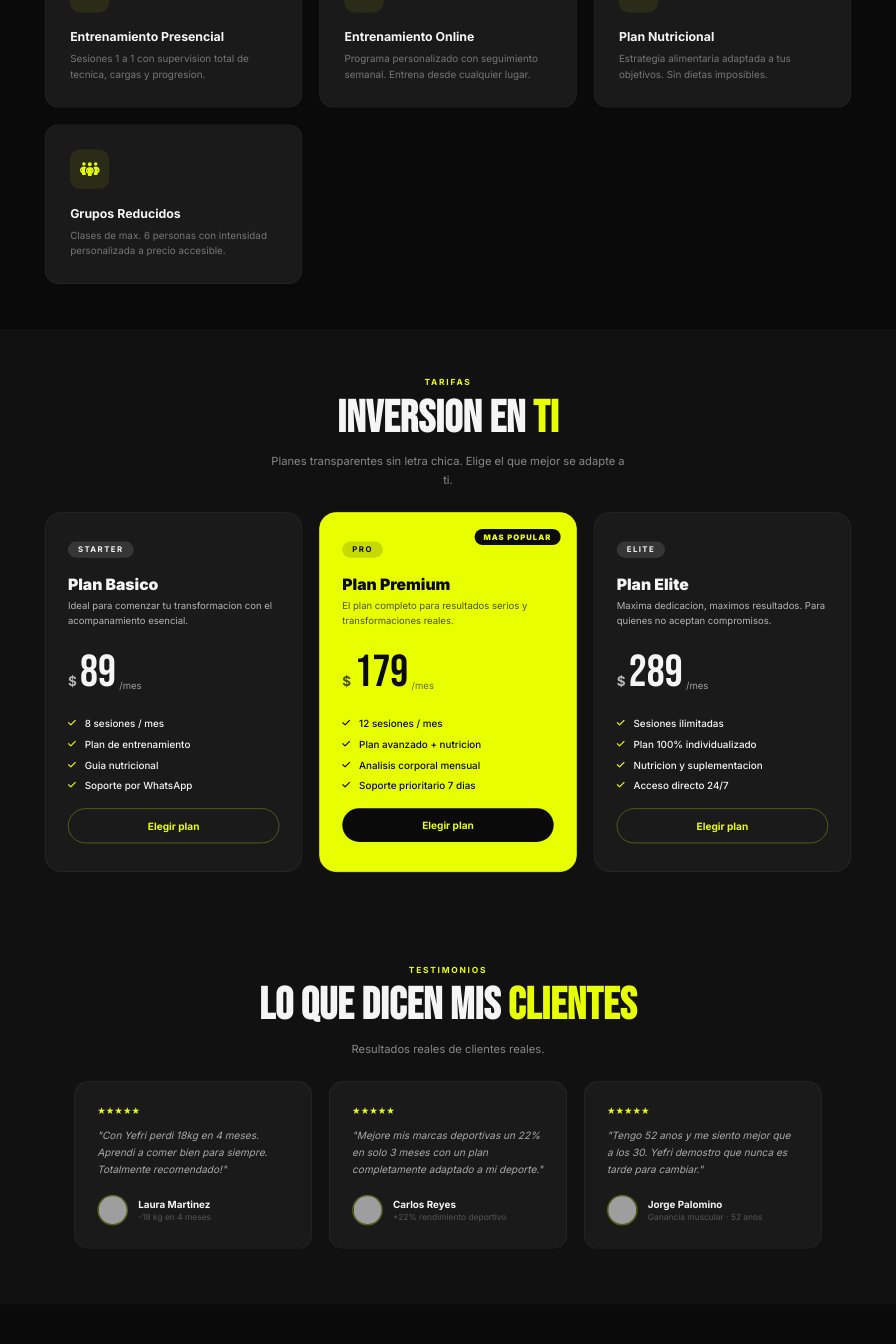
Repository: GravielPV/Yefri-Fit
Page: index.html
These files come from the project's save history. The page is drawn as it stood at one moment and after the next save; the edit follows.
The browser window is 1280 px wide. The pictures show the part of the page from y = 1874 to 3794 px (the page is 4619 px tall), at 70% of full size.
Pictures or frames that could not be fetched are drawn as grey boxes.

Above is the page before, as saved 2026-03-04 22:29:52.

### index.html
<!doctype html>
<html lang="es">
  <head>
    <meta charset="UTF-8" />
    <meta name="viewport" content="width=device-width, initial-scale=1.0" />
    <title>Elite Fit | Entrenador Personal</title>
    <!-- Fonts -->
    <link
      href="https://fonts.googleapis.com/css2?family=Bebas+Neue&family=Inter:wght@300;400;500;600;700;900&display=swap"
      rel="stylesheet"
    />
    <!-- Icons -->
    <link
      rel="stylesheet"
      href="https://cdnjs.cloudflare.com/ajax/libs/font-awesome/6.5.0/css/all.min.css"
    />
    <!-- Styles -->
    <link rel="stylesheet" href="styles.css" />
  </head>
  <body>
    <!-- NAVBAR -->
    <nav id="navbar">
      <a href="#hero" class="logo">ELITE<span>FIT</span></a>
      <ul class="nav-links" id="navLinks">
        <li><a href="#about">Sobre mi</a></li>
        <li><a href="#services">Servicios</a></li>
        <li><a href="#pricing">Tarifas</a></li>
        <li><a href="#testimonials">Testimonios</a></li>
        <li><a href="#contact">Contacto</a></li>
      </ul>
      <a href="#contact" class="nav-cta">Empezar ahora</a>
      <div class="hamburger" id="hamburger">
        <span></span><span></span><span></span>
      </div>
    </nav>

    <!-- HERO -->
    <section id="hero">
      <div class="hero-bg"></div>
      <div class="hero-overlay"></div>
      <div class="hero-content">
        <div class="hero-badge">
          <i class="fa-solid fa-bolt"></i>
          Entrenador Personal Certificado
        </div>
        <h1 class="hero-title">
          TRANSFORMA TU <span>CUERPO,</span><br />
          CAMBIA TU VIDA.
        </h1>
        <p class="hero-sub">
          Entrenamiento personalizado, nutricion y mentoria continua. Todo lo
          que necesitas para transformarte de verdad.
        </p>
        <div class="hero-btns">
          <a href="#pricing" class="btn-primary"
            ><i class="fa-solid fa-rocket"></i>Ver tarifas</a
          >
          <a href="#about" class="btn-outline"
            ><i class="fa-solid fa-play"></i>Conoce mas</a
          >
        </div>
      </div>
      <div class="hero-stats">
        <div class="stat-card">
          <div class="stat-num" data-count="500">
            500<span class="suffix">+</span>
          </div>
          <div class="stat-lbl">Clientes<br />transformados</div>
        </div>
        <div class="stat-card">
          <div class="stat-num" data-count="5">5</div>
          <div class="stat-lbl">Anos de<br />experiencia</div>
        </div>
        <div class="stat-card">
          <div class="stat-num" data-count="98">
            98<span class="suffix">%</span>
          </div>
          <div class="stat-lbl">Indice de<br />satisfaccion</div>
        </div>
      </div>
    </section>

    <!-- ABOUT -->
    <section id="about">
      <div class="about-grid">
        <div class="about-img-wrap">
          <video
            class="about-img"
            src="ejercicio.mp4"
            autoplay
            muted
            loop
            playsinline
          ></video>
          <div class="about-badge">
            <div class="num">500+</div>
            <div class="txt">Clientes<br />transformados</div>
          </div>
        </div>
        <div class="about-text">
          <span class="section-tag">Sobre mi</span>
          <h2 class="section-title">YEFRI <span>RODRIGUEZ</span></h2>
          <p class="section-desc">
            Soy entrenador personal certificado con mas de 5 anos de experiencia
            ayudando a personas a alcanzar sus metas fisicas y de salud. No
            vendo promesas: entrego metodologia probada y la motivacion que
            necesitas para no rendirte.
          </p>
          <a href="#contact" class="btn-primary btn-consult">
            <i class="fa-solid fa-calendar-check"></i>Agendar consulta gratuita
          </a>
        </div>
      </div>
    </section>

    <!-- SERVICES -->
    <section id="services">
      <div class="section-header">
        <span class="section-tag">Servicios</span>
        <h2 class="section-title">LO QUE <span>OFREZCO</span></h2>
        <p class="section-desc">
          Una suite completa de servicios para que logres tus objetivos sin
          importar donde estes.
        </p>
      </div>
      <div class="services-grid">
        <div class="service-card">
          <div class="srv-icon"><i class="fa-solid fa-dumbbell"></i></div>
          <h3 class="srv-title">Entrenamiento Presencial</h3>
          <p class="srv-desc">
            Sesiones 1 a 1 con supervision total de tecnica, cargas y
            progresion.
          </p>
        </div>
        <div class="service-card">
          <div class="srv-icon"><i class="fa-solid fa-laptop"></i></div>
          <h3 class="srv-title">Entrenamiento Online</h3>
          <p class="srv-desc">
            Programa personalizado con seguimiento semanal. Entrena desde
            cualquier lugar.
          </p>
        </div>
        <div class="service-card">
          <div class="srv-icon"><i class="fa-solid fa-utensils"></i></div>
          <h3 class="srv-title">Plan Nutricional</h3>
          <p class="srv-desc">
            Estrategia alimentaria adaptada a tus objetivos. Sin dietas
            imposibles.
          </p>
        </div>
        <div class="service-card">
          <div class="srv-icon"><i class="fa-solid fa-people-group"></i></div>
          <h3 class="srv-title">Grupos Reducidos</h3>
          <p class="srv-desc">
            Clases de max. 6 personas con intensidad personalizada a precio
            accesible.
          </p>
        </div>
      </div>
    </section>

    <!-- PRICING -->
    <section id="pricing">
      <div class="section-header">
        <span class="section-tag">Tarifas</span>
        <h2 class="section-title">INVERSION EN <span>TI</span></h2>
        <p class="section-desc">
          Planes transparentes sin letra chica. Elige el que mejor se adapte a
          ti.
        </p>
      </div>
      <div class="pricing-grid">
        <!-- BASICO -->
        <div class="price-card">
          <span class="plan-badge">Starter</span>
          <h3 class="plan-name">Plan Basico</h3>
          <p class="plan-desc">
            Ideal para comenzar tu transformacion con el acompanamiento
            esencial.
          </p>
          <div class="plan-price">
            <span class="price-curr">$</span>
            <span class="price-amount">89</span>
            <span class="price-per">/mes</span>
          </div>
          <ul class="plan-features">
            <li><i class="fa-solid fa-check"></i> 8 sesiones / mes</li>
            <li><i class="fa-solid fa-check"></i> Plan de entrenamiento</li>
            <li><i class="fa-solid fa-check"></i> Guia nutricional</li>
            <li><i class="fa-solid fa-check"></i> Soporte por WhatsApp</li>
          </ul>
          <a href="#contact" class="btn-plan">Elegir plan</a>
        </div>
        <!-- PREMIUM -->
        <div class="price-card featured">
          <span class="popular-tag">Mas popular</span>
          <span class="plan-badge">Pro</span>
          <h3 class="plan-name">Plan Premium</h3>
          <p class="plan-desc">
            El plan completo para resultados serios y transformaciones reales.
          </p>
          <div class="plan-price">
            <span class="price-curr">$</span>
            <span class="price-amount">179</span>
            <span class="price-per">/mes</span>
          </div>
          <ul class="plan-features">
            <li><i class="fa-solid fa-check"></i> 12 sesiones / mes</li>
            <li><i class="fa-solid fa-check"></i> Plan avanzado + nutricion</li>
            <li><i class="fa-solid fa-check"></i> Analisis corporal mensual</li>
            <li>
              <i class="fa-solid fa-check"></i> Soporte prioritario 7 dias
            </li>
          </ul>
          <a href="#contact" class="btn-plan">Elegir plan</a>
        </div>
        <!-- ELITE -->
        <div class="price-card">
          <span class="plan-badge">Elite</span>
          <h3 class="plan-name">Plan Elite</h3>
          <p class="plan-desc">
            Maxima dedicacion, maximos resultados. Para quienes no aceptan
            compromisos.
          </p>
          <div class="plan-price">
            <span class="price-curr">$</span>
            <span class="price-amount">289</span>
            <span class="price-per">/mes</span>
          </div>
          <ul class="plan-features">
            <li><i class="fa-solid fa-check"></i> Sesiones ilimitadas</li>
            <li><i class="fa-solid fa-check"></i> Plan 100% individualizado</li>
            <li>
              <i class="fa-solid fa-check"></i> Nutricion y suplementacion
            </li>
            <li><i class="fa-solid fa-check"></i> Acceso directo 24/7</li>
          </ul>
          <a href="#contact" class="btn-plan">Elegir plan</a>
        </div>
      </div>
    </section>

    <!-- TESTIMONIALS -->
    <section id="testimonials">
      <div class="section-header">
        <span class="section-tag">Testimonios</span>
        <h2 class="section-title">LO QUE DICEN MIS <span>CLIENTES</span></h2>
        <p class="section-desc">Resultados reales de clientes reales.</p>
      </div>
      <div class="testimonials-track">
        <div class="testimonial-card">
          <div class="t-stars">&#9733;&#9733;&#9733;&#9733;&#9733;</div>
          <p class="t-text">
            "Con Yefri perdi 18kg en 4 meses. Aprendi a comer bien para siempre.
            Totalmente recomendado!"
          </p>
          <div class="t-author">
            <img
              src="https://randomuser.me/api/portraits/women/44.jpg"
              class="t-avatar"
              alt="Laura M."
            />
            <div>
              <div class="t-name">Laura Martinez</div>
              <div class="t-goal">-18 kg en 4 meses</div>
            </div>
          </div>
        </div>
        <div class="testimonial-card">
          <div class="t-stars">&#9733;&#9733;&#9733;&#9733;&#9733;</div>
          <p class="t-text">
            "Mejore mis marcas deportivas un 22% en solo 3 meses con un plan
            completamente adaptado a mi deporte."
          </p>
          <div class="t-author">
            <img
              src="https://randomuser.me/api/portraits/men/32.jpg"
              class="t-avatar"
              alt="Carlos R."
            />
            <div>
              <div class="t-name">Carlos Reyes</div>
              <div class="t-goal">+22% rendimiento deportivo</div>
            </div>
          </div>
        </div>
        <div class="testimonial-card">
          <div class="t-stars">&#9733;&#9733;&#9733;&#9733;&#9733;</div>
          <p class="t-text">
            "Tengo 52 anos y me siento mejor que a los 30. Yefri demostro que
            nunca es tarde para cambiar."
          </p>
          <div class="t-author">
            <img
              src="https://randomuser.me/api/portraits/men/75.jpg"
              class="t-avatar"
              alt="Jorge P."
            />
            <div>
              <div class="t-name">Jorge Palomino</div>
              <div class="t-goal">Ganancia muscular · 52 anos</div>
            </div>
          </div>
        </div>
      </div>
    </section>

    <!-- CONTACT -->
    <section id="contact">
      <div class="contact-grid">
        <div>
          <span class="section-tag">Contacto</span>
          <h2 class="section-title">HABLEMOS DE<br />TU <span>META</span></h2>
          <p class="section-desc contact-desc">
            Listo para dar el primer paso? Escribeme y te respondo en menos de
            24 horas. Tu transformacion empieza con un mensaje.
          </p>
          <div class="contact-info">
            <div class="contact-item">
              <div class="c-icon"><i class="fa-solid fa-phone"></i></div>
              <div class="c-info">
                <strong>WhatsApp</strong><span>+1 (555) 234-5678</span>
              </div>
            </div>
            <div class="contact-item">
              <div class="c-icon"><i class="fa-solid fa-envelope"></i></div>
              <div class="c-info">
                <strong>Email</strong><span>yefri@elitefit.com</span>
              </div>
            </div>
          </div>
          <div class="social-row">
            <a href="#" class="social-btn" aria-label="Instagram"
              ><i class="fa-brands fa-instagram"></i
            ></a>
            <a href="#" class="social-btn" aria-label="TikTok"
              ><i class="fa-brands fa-tiktok"></i
            ></a>
            <a href="#" class="social-btn" aria-label="YouTube"
              ><i class="fa-brands fa-youtube"></i
            ></a>
            <a href="#" class="social-btn" aria-label="WhatsApp"
              ><i class="fa-brands fa-whatsapp"></i
            ></a>
          </div>
        </div>

        <form class="contact-form" id="contactForm" novalidate>
          <div class="form-group">
            <label for="firstName">Nombre</label>
            <input
              id="firstName"
              type="text"
              placeholder="Tu nombre"
              required
            />
          </div>
          <div class="form-group">
            <label for="email">Email</label>
            <input
              id="email"
              type="email"
              placeholder="tu@email.com"
              required
            />
          </div>
          <div class="form-group">
            <label for="message">Mensaje</label>
            <textarea
              id="message"
              rows="4"
              placeholder="Cuentame tu objetivo y empezamos..."
            ></textarea>
          </div>
          <button type="submit" class="btn-submit">
            <i class="fa-solid fa-paper-plane"></i>Enviar mensaje
          </button>
        </form>
      </div>
    </section>

    <!-- FOOTER -->
    <footer>
      <div class="footer-simple">
        <div class="footer-brand">
          <div class="logo">ELITE<span>FIT</span></div>
          <p>Entreno con ciencia, corazon y resultados comprobados.</p>
        </div>
        <div class="footer-links">
          <a href="#about">Sobre mi</a>
          <a href="#services">Servicios</a>
          <a href="#pricing">Tarifas</a>
          <a href="#testimonials">Testimonios</a>
          <a href="#contact">Contacto</a>
        </div>
        <div class="footer-social">
          <a href="#" class="social-btn" aria-label="Instagram"
            ><i class="fa-brands fa-instagram"></i
          ></a>
          <a href="#" class="social-btn" aria-label="TikTok"
            ><i class="fa-brands fa-tiktok"></i
          ></a>
          <a href="#" class="social-btn" aria-label="YouTube"
            ><i class="fa-brands fa-youtube"></i
          ></a>
          <a href="#" class="social-btn" aria-label="WhatsApp"
            ><i class="fa-brands fa-whatsapp"></i
          ></a>
        </div>
      </div>
      <div class="footer-bottom">
        <p>2026 <span>EliteFit</span> - Todos los derechos reservados</p>
        <a href="#">Politica de privacidad</a>
      </div>
    </footer>

    <!-- FLOATING WHATSAPP -->
    <a
      href="https://wa.me/15552345678"
      target="_blank"
      class="whatsapp-float"
      title="Escribenos en WhatsApp"
    >
      <i class="fa-brands fa-whatsapp"></i>
    </a>

    <!-- TOAST -->
    <div class="toast" id="toast" role="status">
      <i class="fa-solid fa-check"></i> Mensaje enviado con exito!
    </div>

    <!-- Scripts -->
    <script src="main.js"></script>
  </body>
</html>

Loaded but not shown: main.js (108 lines, source omitted); styles.css (992 lines, source omitted)

After the next save:
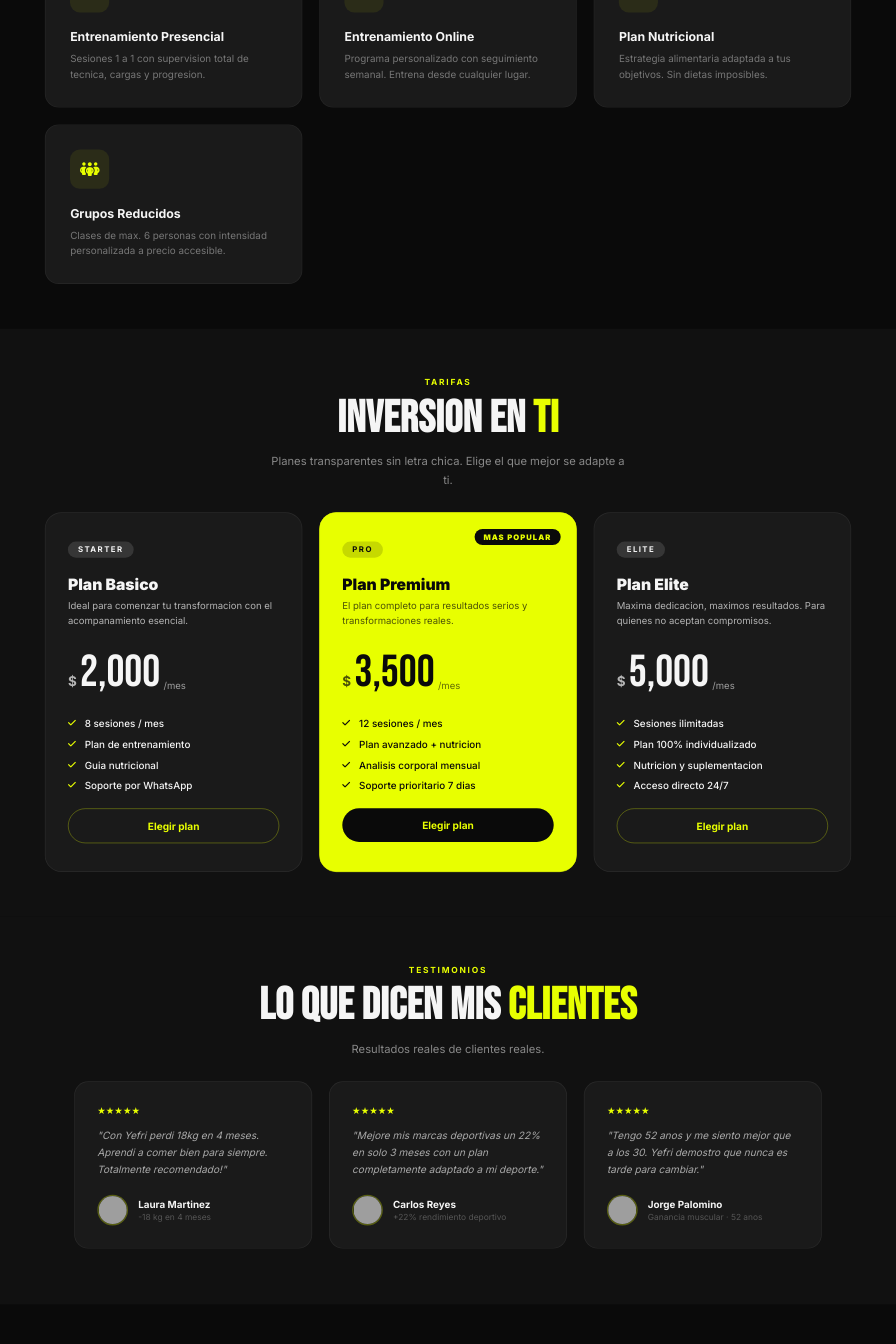
Saved 78 s later.
--- a/index.html
+++ b/index.html
@@ -180,7 +180,7 @@
           </p>
           <div class="plan-price">
             <span class="price-curr">$</span>
-            <span class="price-amount">89</span>
+            <span class="price-amount">2,000</span>
             <span class="price-per">/mes</span>
           </div>
           <ul class="plan-features">
@@ -201,7 +201,7 @@
           </p>
           <div class="plan-price">
             <span class="price-curr">$</span>
-            <span class="price-amount">179</span>
+            <span class="price-amount">3,500</span>
             <span class="price-per">/mes</span>
           </div>
           <ul class="plan-features">
@@ -224,7 +224,7 @@
           </p>
           <div class="plan-price">
             <span class="price-curr">$</span>
-            <span class="price-amount">289</span>
+            <span class="price-amount">5,000</span>
             <span class="price-per">/mes</span>
           </div>
           <ul class="plan-features">
